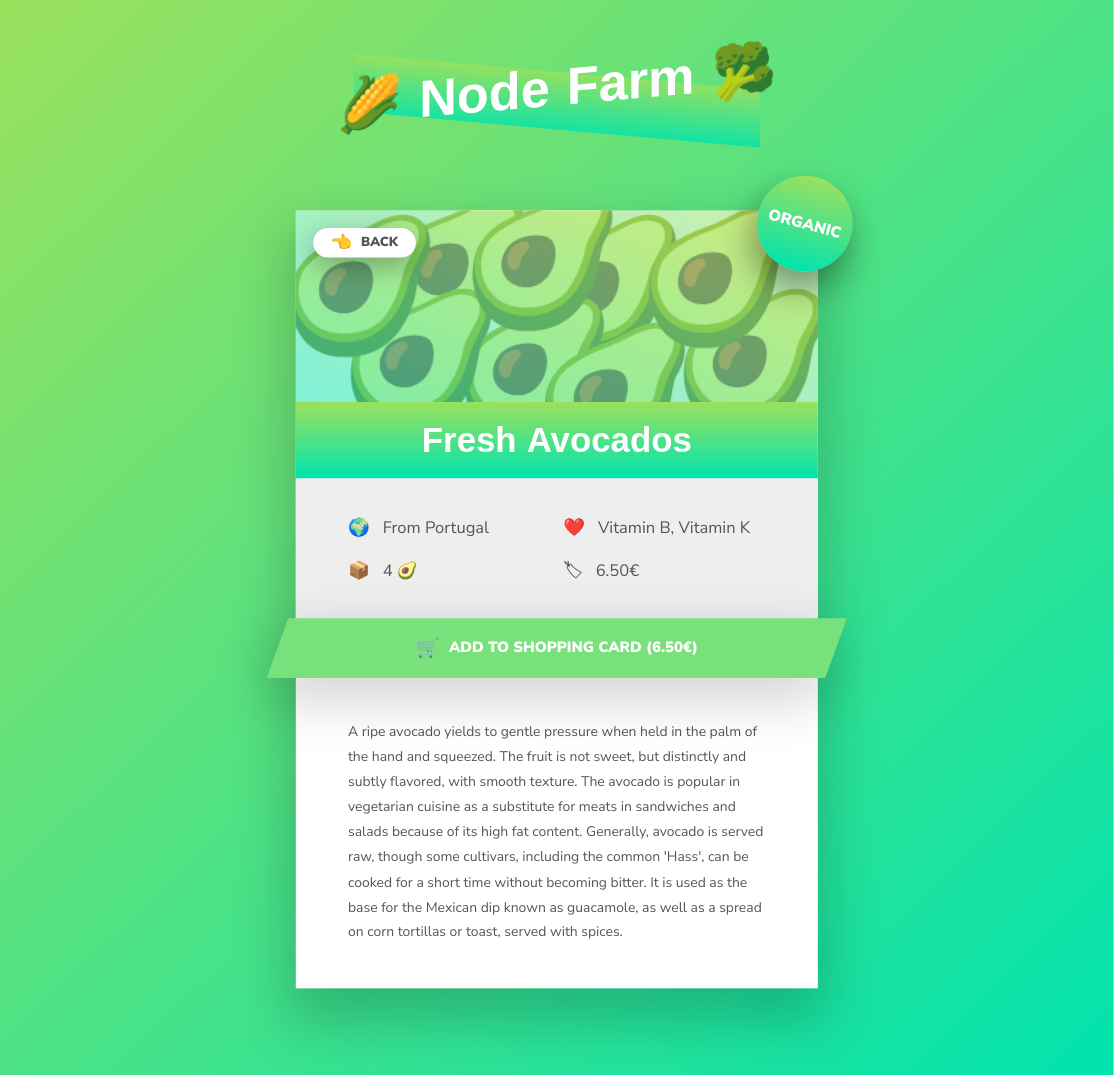
Repository: 13-Joban/Node_Farm_Backend
Page: templates/product.html
An editor plug-in stored every save of this project. The page is shown before and after the next save, followed by the edit.
The browser window is 1280 px wide. The pictures show the whole page, at 87% of full size.
Some web fonts or font styles are not loaded; a fallback is used.

Above is the page before, as saved 2022-07-16 16:57:59.

After the next save:
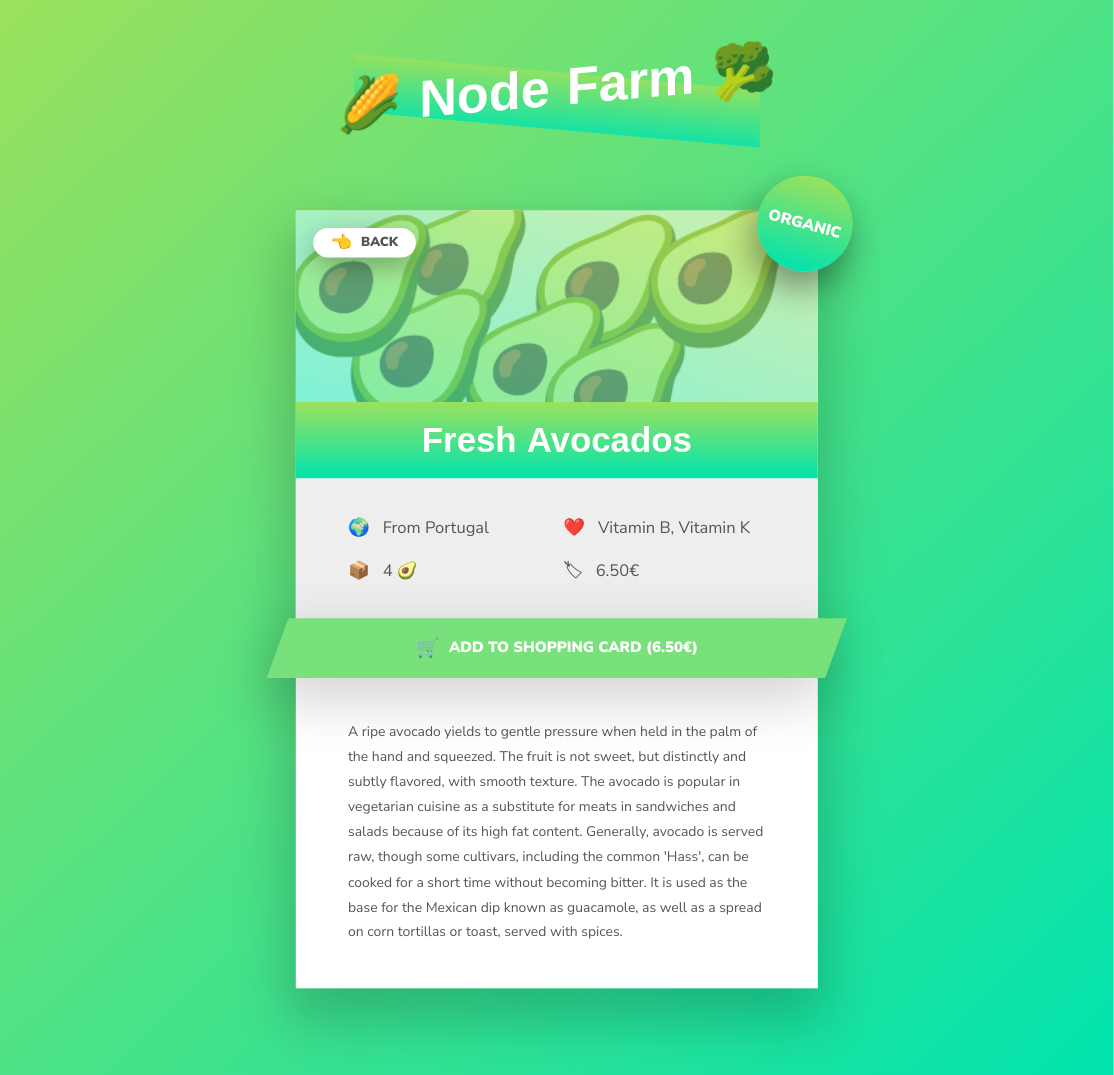
Saved 17 s later.
--- a/templates/product.html
+++ b/templates/product.html
@@ -282,8 +282,8 @@
           <span class="product__emoji product__emoji--5">🥑</span>
           <span class="product__emoji product__emoji--6">🥑</span>
           <span class="product__emoji product__emoji--7">🥑</span>
-          <span class="product__emoji product__emoji--8">🥑</span>
-          <span class="product__emoji product__emoji--9">🥑</span>
+          <span class="product__emoji product__emoji--8"></span>
+          <span class="product__emoji product__emoji--9"></span>
         </div>
         <h2 class="product__name">Fresh Avocados</h2>
         <div class="product__details">
